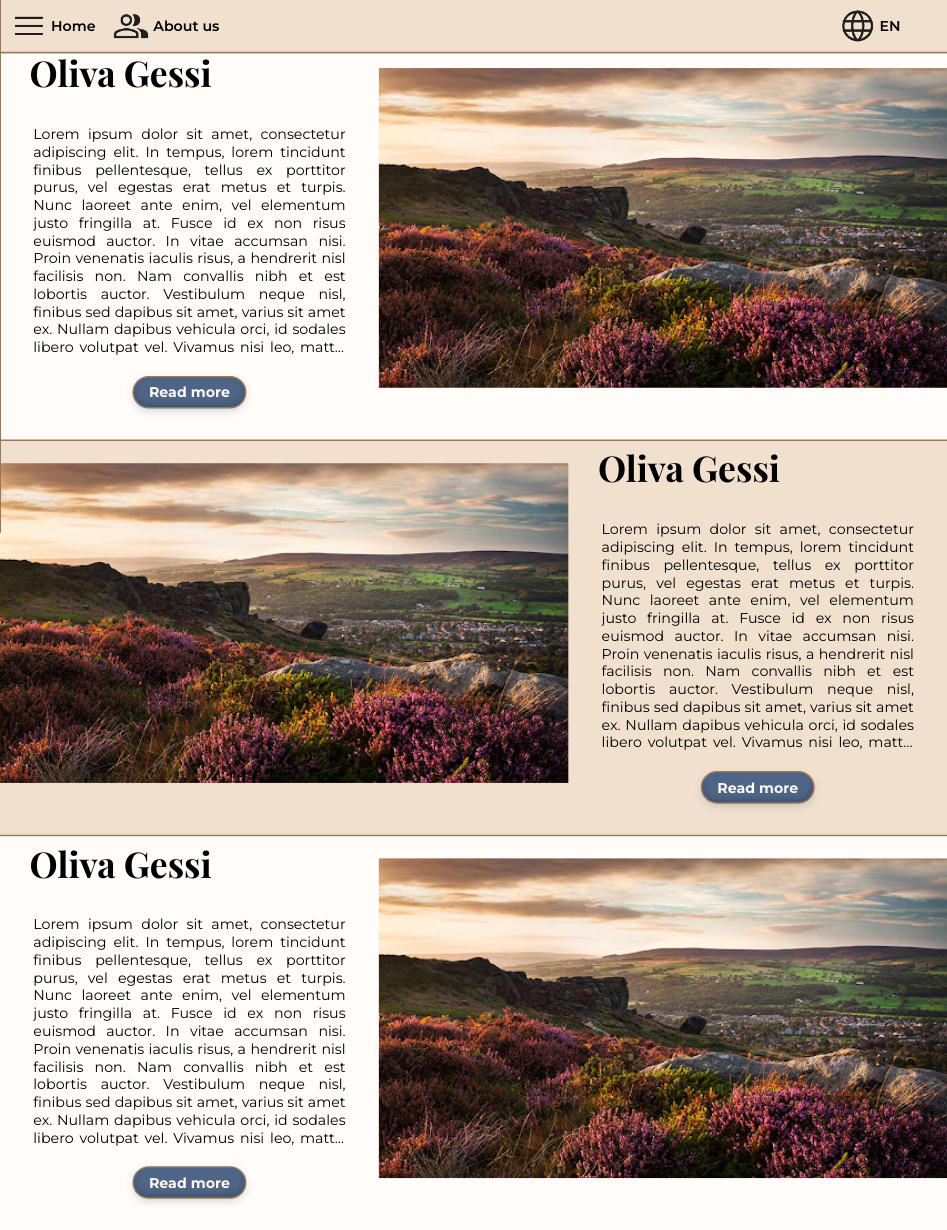
Repository: Seaside-Jokers/Oliva-gessi
Page: index.html
The author's editor kept a copy of each file at every save. The page is drawn from the files as they stood at one save, then again after a run of saves.
The browser window is 1280 px wide. The pictures show the whole page, at 74% of full size.
Some web fonts or font styles are not loaded; a fallback is used.

Above is the page before, as saved 2026-02-18 16:06:01.

After the next 3 saves:
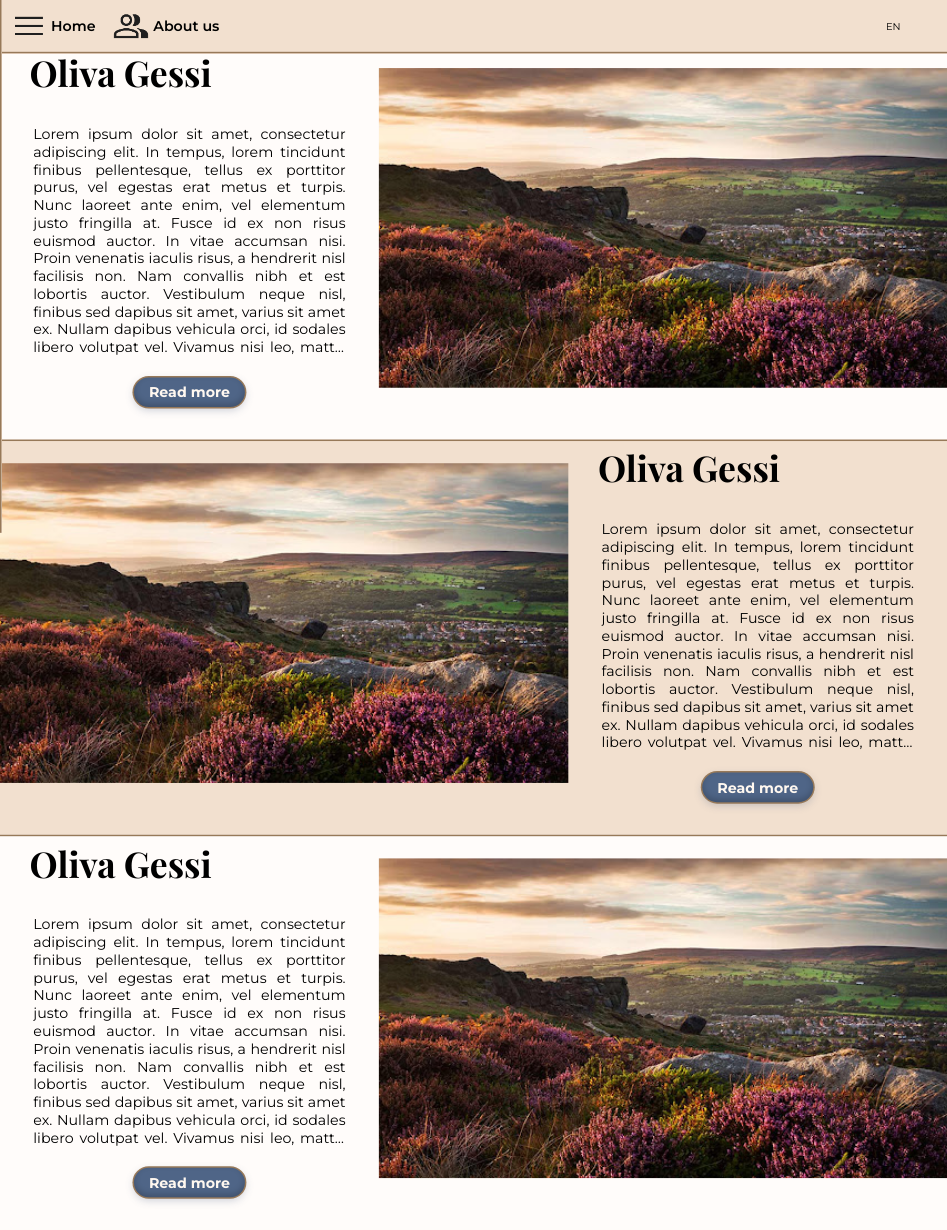
The 3 saves are shown as one change because they came seconds apart.
The last was saved 79 min 39 s later.
--- a/index.html
+++ b/index.html
@@ -27,7 +27,7 @@
         </button>
         <!-- Cambio lingua (a destra) -->
         <button class="btn-navbar lang-button" type="button" onclick="changeLang()">
-            <img src="assets/language.png" data-key="language" alt="Cambia lingua" class="icone">
+            <div
             <span data-key="current_language" class="nav-data">IT</span>
         </button>
     </nav>
